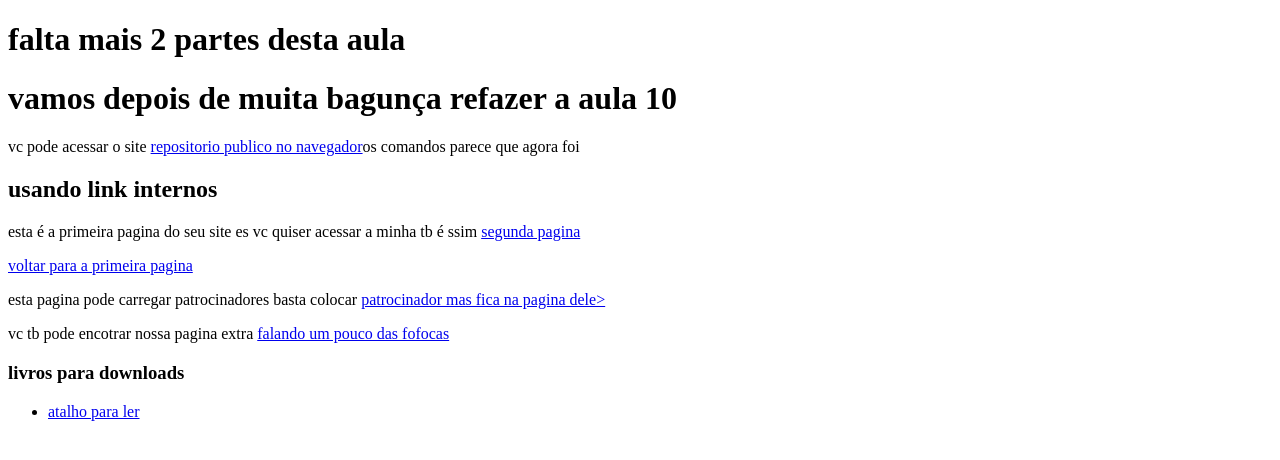
Repository: DorivalJunior14/exercicios
Page: aula10.html/pagoo2.html
These files come from the project's save history. The page is drawn as it stood at one moment and after a run of saves; the edit follows.
The browser window is 1280 px wide. The pictures show the whole page.

Above is the page before, as saved 2020-12-08 11:33:38.

### aula10.html/pagoo2.html
<!DOCTYPE html>
<html lang="pt-br">
  <head>
    <meta charset="utf-8">
    <title>pag002.html</title>
  </head>
  <body>
    <h1>falta mais 2 partes desta aula</h1><!--que vai ser continuada aqui-->
  <h1>vamos depois de muita bagunça refazer a aula 10</h1>
    <p>vc pode acessar o site <a href="https://www.facebook.com/junior.muccillo" target="_blank"rel="external">repositorio publico no navegador</a>os comandos parece que agora foi</p>
    <h2>usando link internos</h2>
  <p> esta é a primeira pagina do seu site es vc quiser acessar a minha tb é ssim <a href="pagoo2.html"rel="next">segunda pagina</a> </p>
  <p><a href="index.html" rel="prev">voltar para a primeira pagina</a></p>
  <p>esta pagina pode carregar patrocinadores basta colocar
    <a href="#"target="_blank"rel="nofollow">patrocinador mas fica na pagina dele></a>
  </p><!-- o patrocinador não fica vinculado ou direto na pagina dele, vc pode desconsiderar-->
  <p>vc tb pode encotrar nossa pagina extra <a href="noticias/pag003.html">falando um pouco das fofocas </a></p>
  <h3>livros para downloads</h3>
  <ul>
    <li><a href="meulivro/empdf>"download="meulivro/atalho type=""> atalho para ler</a></li>

</ul>
  </body>
</html>

After the next 3 saves:
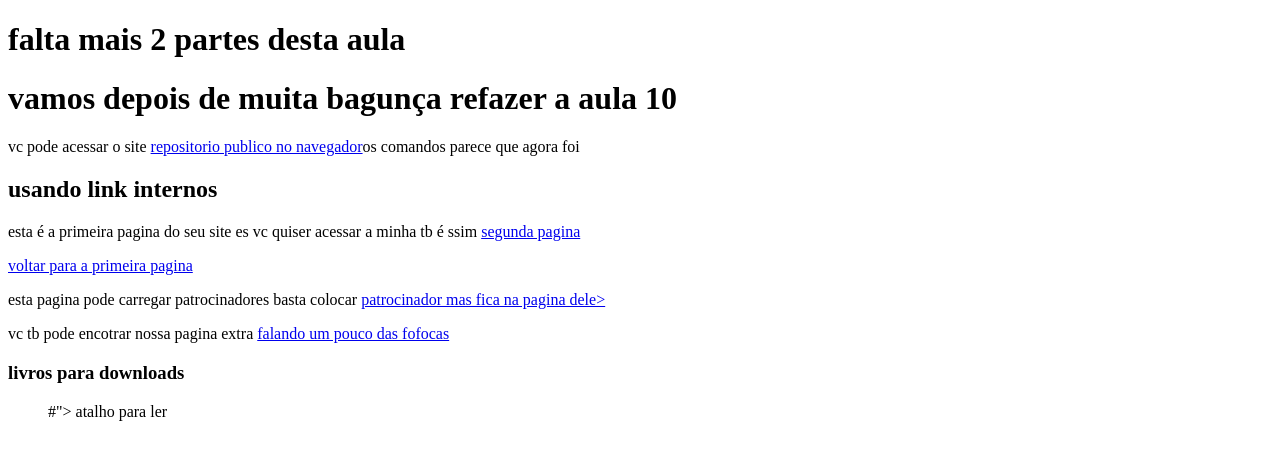
The 3 saves are shown as one change because they came seconds apart.
The last was saved 11 s later.
--- a/aula10.html/pagoo2.html
+++ b/aula10.html/pagoo2.html
@@ -17,7 +17,7 @@
   <p>vc tb pode encotrar nossa pagina extra <a href="noticias/pag003.html">falando um pouco das fofocas </a></p>
   <h3>livros para downloads</h3>
   <ul>
-    <li><a href="meulivro/empdf>"download="meulivro/atalho type=""> atalho para ler</a></li>
+#"> atalho para ler</a></li>
 
 </ul>
   </body>
